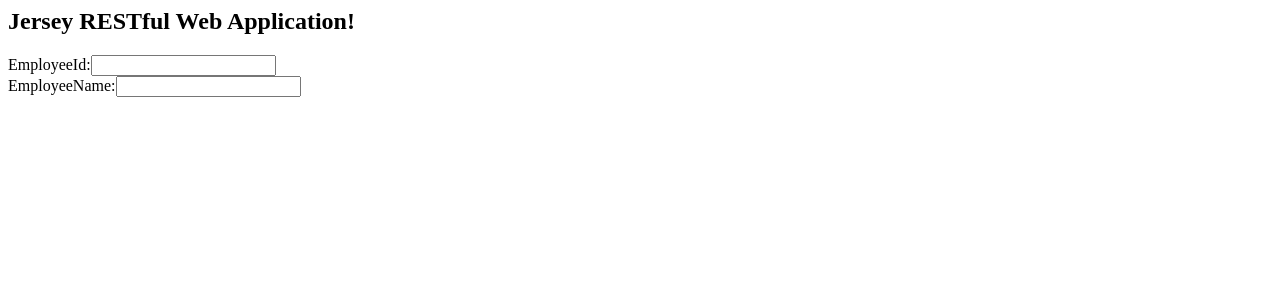
Repository: Vidhya2796/ATPTrainingFoldersJEECloud
Page: http://localhost/emp/
An editor plug-in stored every save of this project. The page is shown before and after the next save, followed by the edit.
The browser window is 1280 px wide. The pictures show the whole page.
The page is served by Tomcat 9. Other server files are loaded and not shown.

Above is the page before, as saved 2018-12-20 09:52:29.

### SpringREST/emp/src/main/webapp/index.jsp
<html>
<body>
    <h2>Jersey RESTful Web Application!</h2>
   <!--  <p><a href="webapi/myresource">Jersey resource</a>
    <p>Visit <a href="http://jersey.java.net">Project Jersey website</a>
    for more information on Jersey! -->

    <form action="employee" method="post">
    	EmployeeId:<input type="text" name="id"></br>
    	EmployeeName:<input type="text" name="name"></br>


    </form>



</body>
</html>

After the next save:
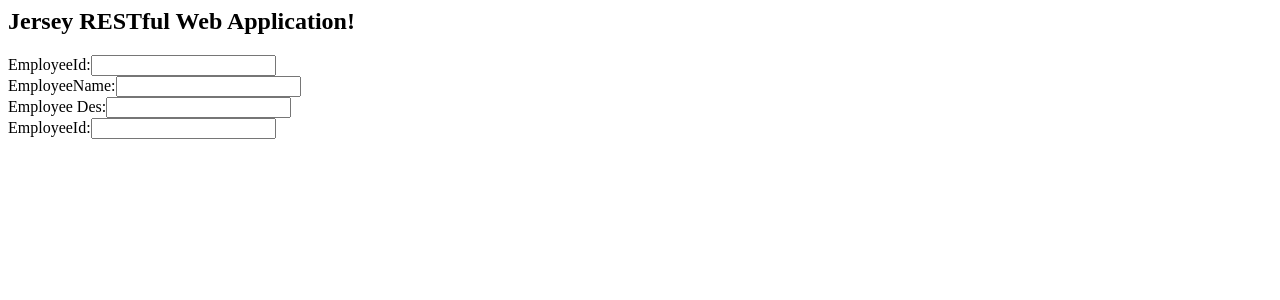
Saved 5 min 24 s later.
--- a/SpringREST/emp/src/main/webapp/index.jsp
+++ b/SpringREST/emp/src/main/webapp/index.jsp
@@ -8,6 +8,9 @@
     <form action="employee" method="post">
     	EmployeeId:<input type="text" name="id"></br>
     	EmployeeName:<input type="text" name="name"></br>
+    	Employee Des:<input type="text" name="dept"></br>
+    	EmployeeId:<input type="text" name="design"></br>
+
 
 
     </form>
